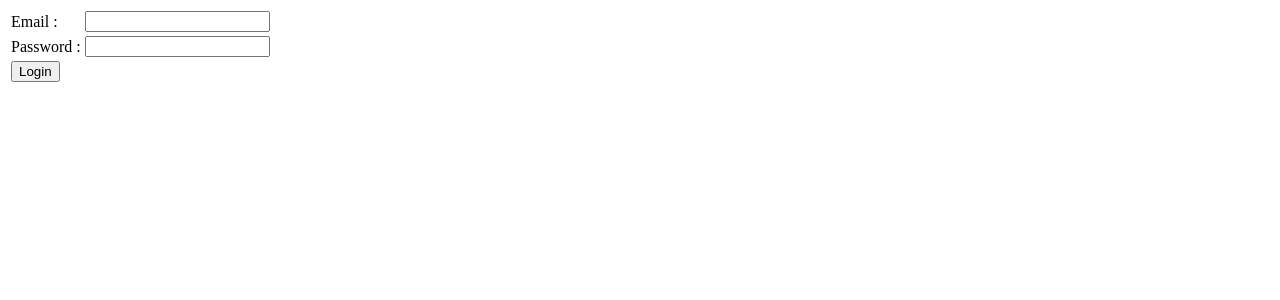
Repository: darshankalathiya9/Hibernate
Page: http://localhost/HibernateWEB/Login.jsp
An editor plug-in stored every save of this project. The page is shown before and after the next save, followed by the edit.
The browser window is 1280 px wide. The pictures show the whole page.
The page is served by Tomcat 9.

Above is the page before, as saved 2023-05-04 03:18:28.

After the next save:
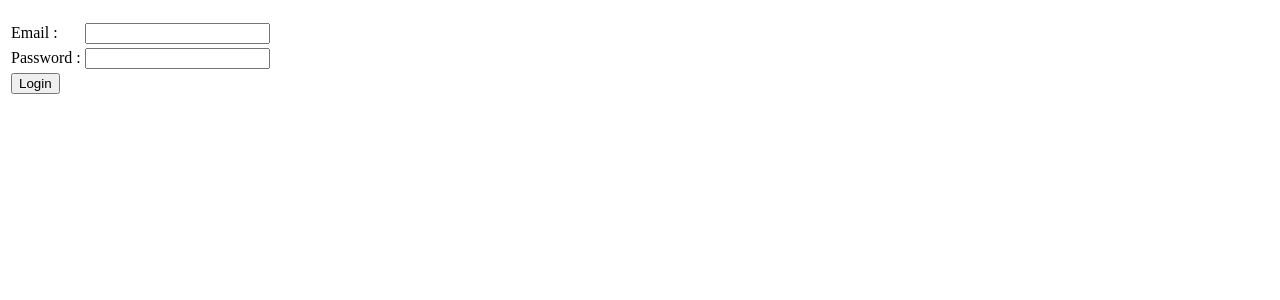
Saved 53 s later.
--- a/HibernateWEB/src/main/webapp/Login.jsp
+++ b/HibernateWEB/src/main/webapp/Login.jsp
@@ -7,7 +7,7 @@
 <title>Login Page</title>
 </head>
 <body>
-
+	<h2>
 	<%
 	String msg = request.getParameter("msg");
 	if (msg!=null) {
@@ -28,6 +28,7 @@
 		out.print(inc);
 	}
 	%>
+	</h2>
 
 	<form action="UserController" method="post">
 		<table>

After the 6 saves that followed:
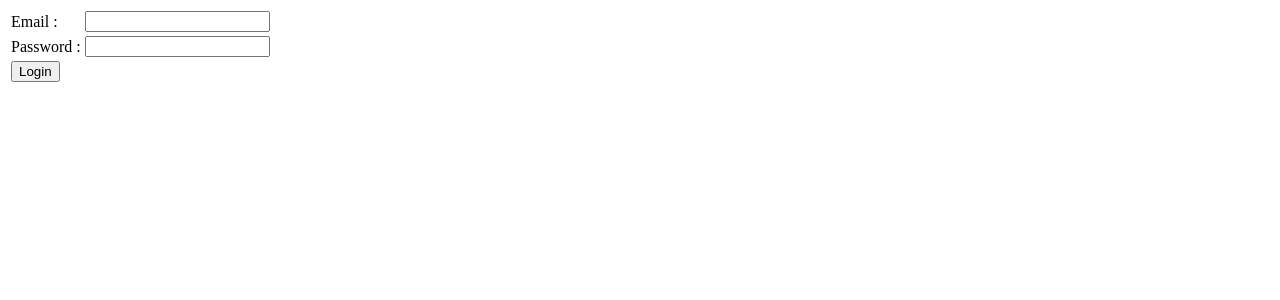
The 6 saves are shown as one change because 3 left the picture as it was and some came seconds apart.
The last was saved 12 min 33 s later.
--- a/HibernateWEB/src/main/webapp/Login.jsp
+++ b/HibernateWEB/src/main/webapp/Login.jsp
@@ -7,28 +7,27 @@
 <title>Login Page</title>
 </head>
 <body>
-	<h2>
+
 	<%
-	String msg = request.getParameter("msg");
-	if (msg!=null) {
+	String msg = (String) request.getParameter("msg");
+	if (msg != null) {
 		out.print(msg);
 	}
 	%>
 
 	<%
-	String msg1 = request.getParameter("msg1");
-	if (msg1!=null) {
+	String msg1 = (String) request.getParameter("msg1");
+	if (msg1 != null) {
 		out.print(msg1);
 	}
 	%>
 
 	<%
-	String inc = request.getParameter("inc");
-	if (inc!=null) {
+	String inc = (String) request.getParameter("inc");
+	if (inc != null) {
 		out.print(inc);
 	}
 	%>
-	</h2>
 
 	<form action="UserController" method="post">
 		<table>
